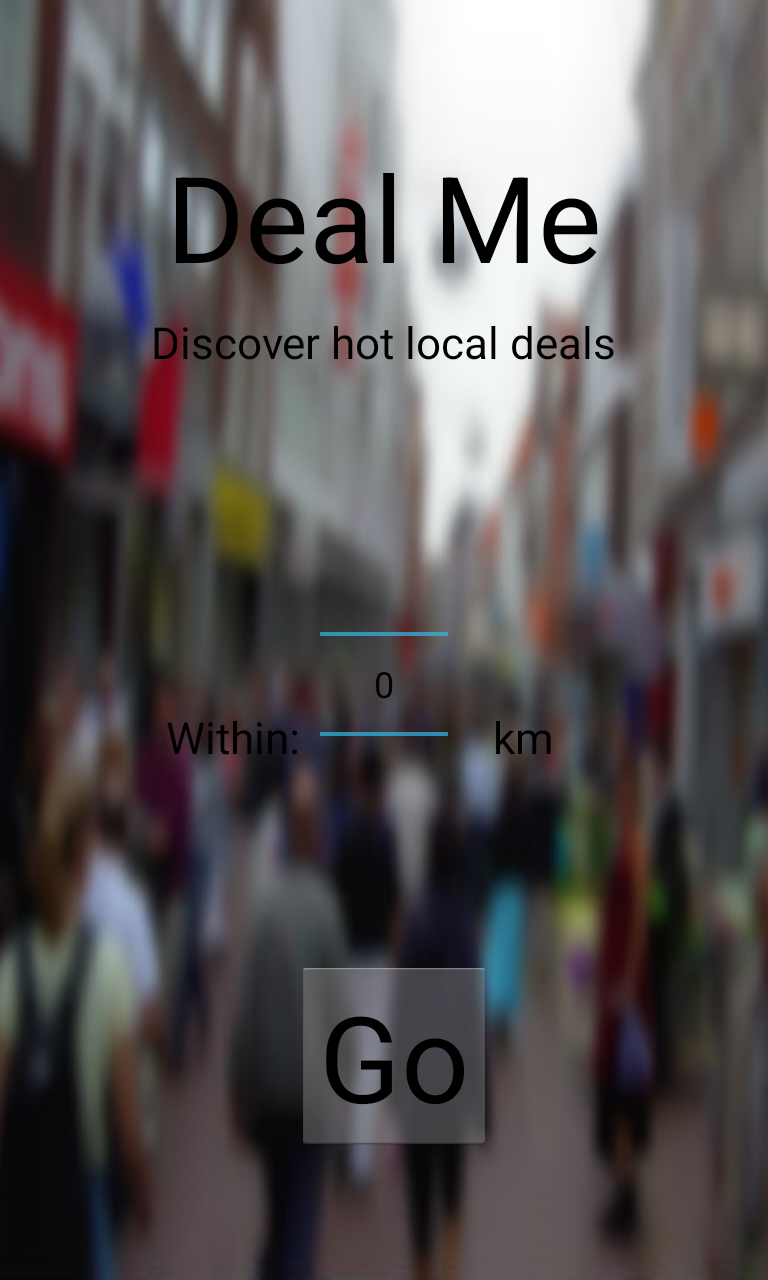
Repository: vmathur/mchacks
Layout: mobile/DealMe/res/layout/activity_main.xml
An editor plug-in stored every save of this project. The layout is shown before and after the next save, followed by the edit.
It is drawn on a 768 x 1280 px phone screen (xhdpi) without system bars, with theme AppTheme; the app's code is not run.

Above is the layout before, as saved 2014-02-23 05:14:28.

After the next save:
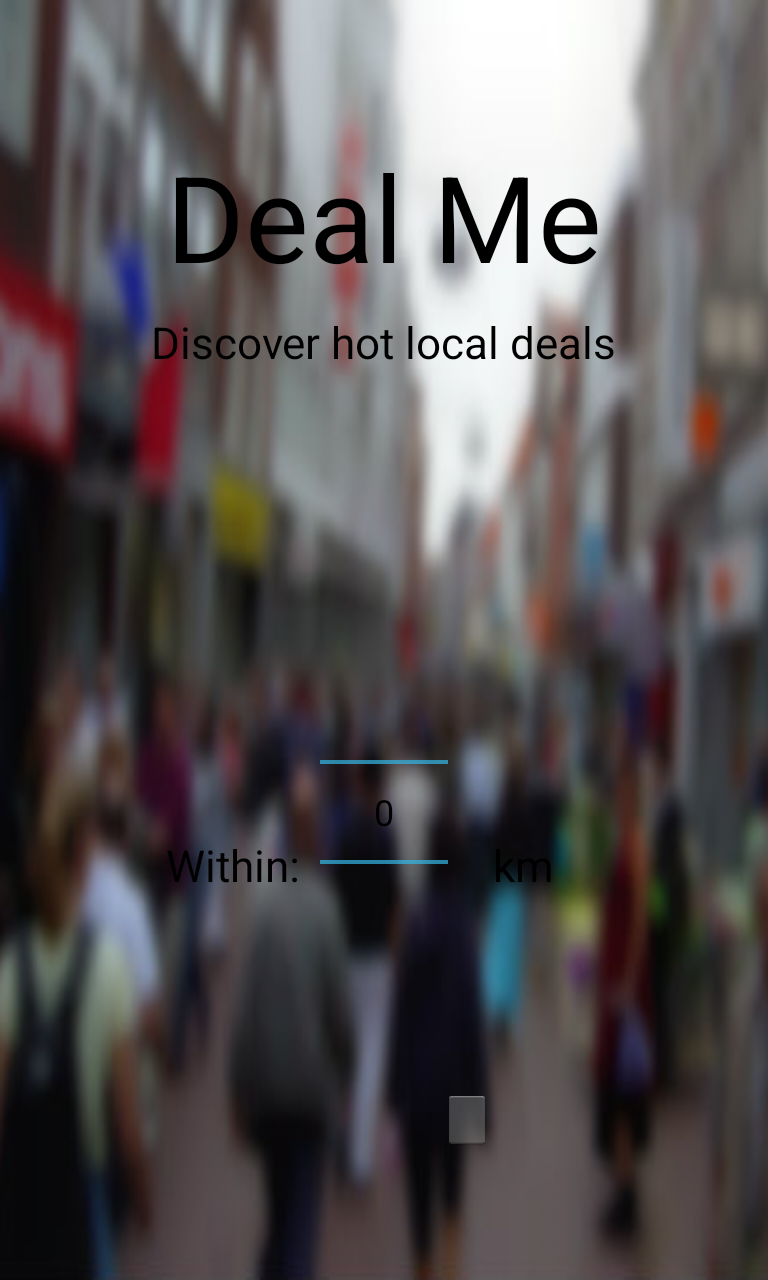
Saved 31 s later.
--- a/mobile/DealMe/res/layout/activity_main.xml
+++ b/mobile/DealMe/res/layout/activity_main.xml
@@ -62,7 +62,7 @@
         android:layout_centerHorizontal="true"
         android:layout_marginBottom="48dp" />
 
-    <Button
+    <ImageButton
         android:id="@+id/getdeals"
         android:layout_width="wrap_content"
         android:layout_height="wrap_content"
@@ -70,6 +70,7 @@
         android:layout_marginBottom="48dp"
         android:layout_toLeftOf="@+id/TextView02"
         android:text="Go"
-        android:textSize="60dp" />
+        android:textSize="60dp"
+        android:drawableLeft="@drawable/ic_launcher" />
 
 </RelativeLayout>
